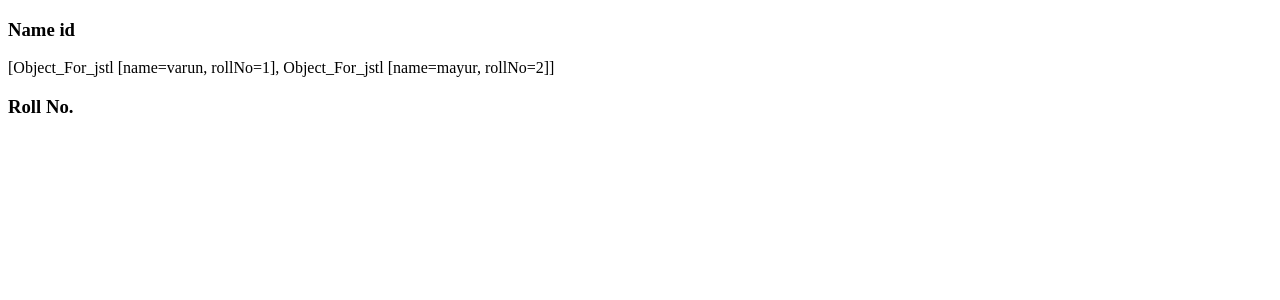
Repository: Kvarun0/JSP_JSTL_SERVLET
Page: http://localhost/C_Jsp_With_Jstl_Basic/
The author's editor kept a copy of each file at every save. The page is drawn from the files as they stood at one save, then again after the next save.
The browser window is 1280 px wide. The pictures show the whole page.
The page is served by Tomcat 9.

Above is the page before, as saved 2023-02-03 15:07:06.

After the next save:
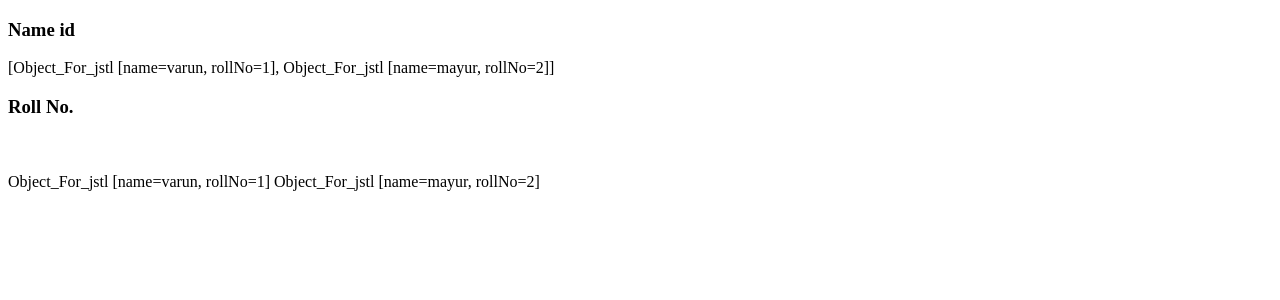
Saved 43 s later.
--- a/C_Jsp_With_Jstl_Basic/WebContent/object_with_jsp_jstl.jsp
+++ b/C_Jsp_With_Jstl_Basic/WebContent/object_with_jsp_jstl.jsp
@@ -16,7 +16,9 @@
 	<br>
 	<br>
 
-	<c:forEach items="${student }"></c:forEach>
+	<c:forEach items="${student}" var="s">
+		${s}
+	</c:forEach>
 
 </body>
 </html>
